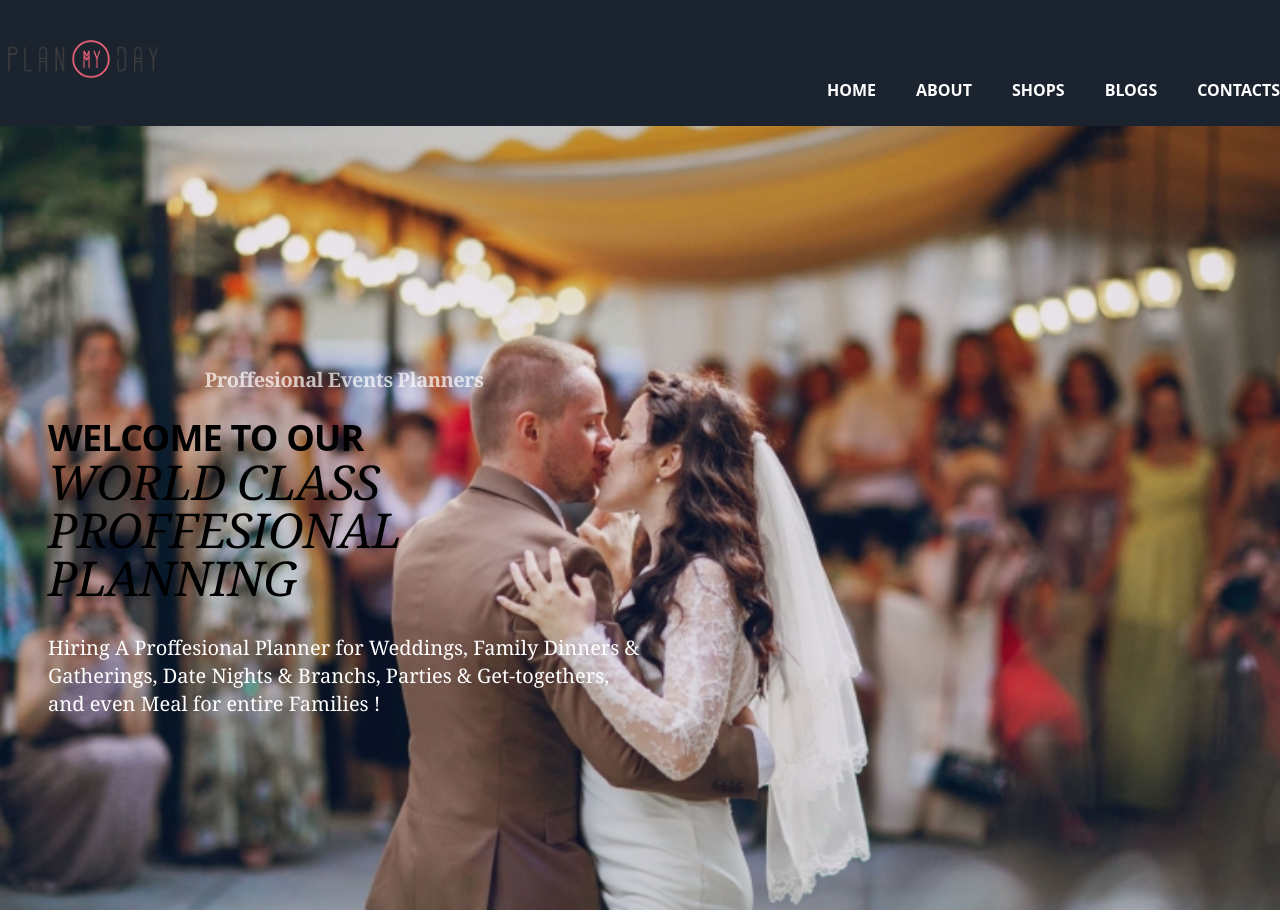
Repository: remydev47/eventsplanner
Page: /
An editor plug-in stored every save of this project. The page is shown before and after the next save, followed by the edit.
The browser window is 1280 px wide. The pictures show the whole page.
Pictures or frames that could not be fetched are drawn as grey boxes. The project was rebuilt for these pictures with package versions that can differ from the ones it lists, and the page was loaded fresh each time. The framework's server and built-in components were replaced by stand-ins that run in the browser. Also part of the build but not shown: next.config.js, components/Navbar.jsx, sections/Gallery.jsx, sections/Testimonial.jsx, sections/Plan.jsx, sections/Products.jsx, sections/Projects.jsx.

Above is the page before, as saved 2023-01-21 09:23:16.

After the next save:
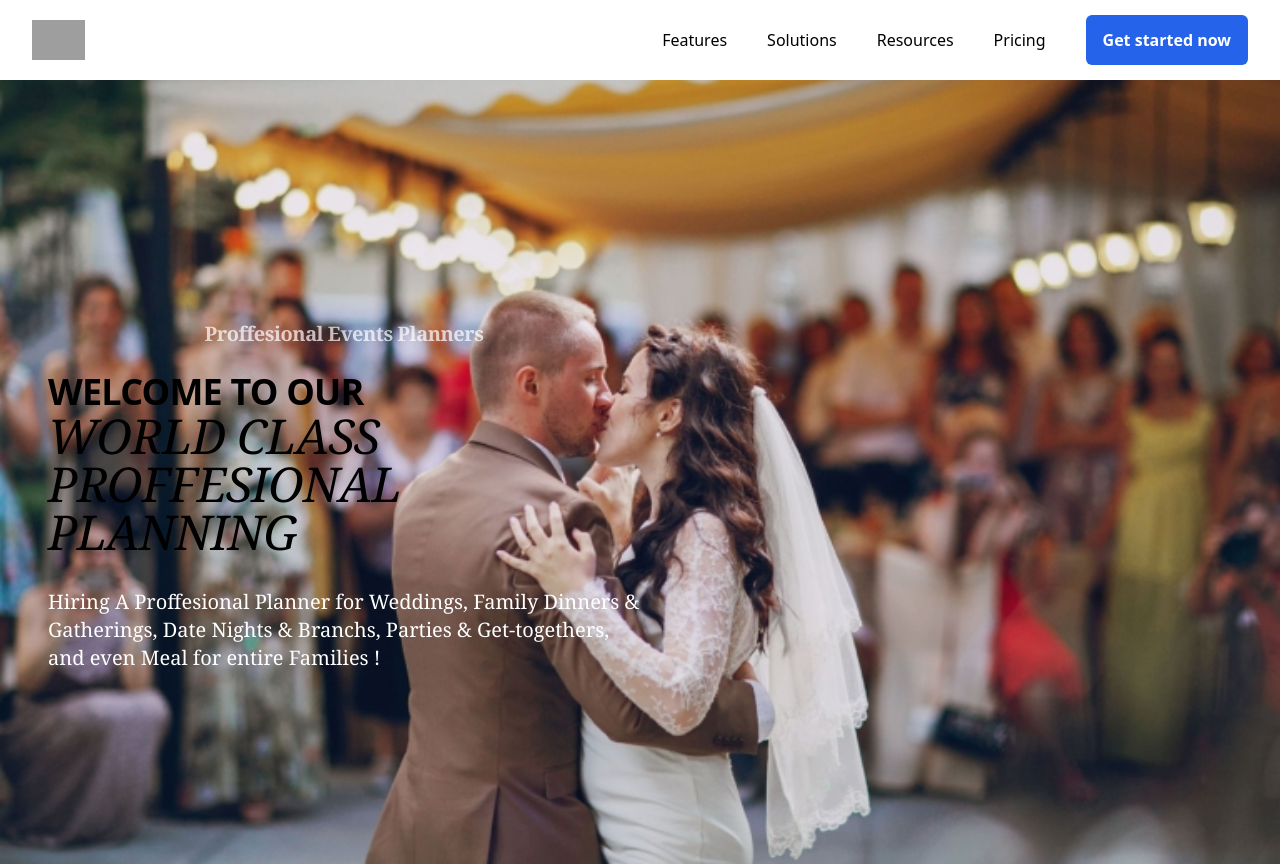
Saved 25 s later.
--- a/app/page.jsx
+++ b/app/page.jsx
@@ -1,5 +1,6 @@
 import Header from '@/components/Header'
 import Navbar from '@/components/Navbar'
+import Navigation from '@/components/Navigation'
 import { Hero } from '@/sections'
 import Image from 'next/image'
 
@@ -7,8 +8,8 @@
 export default function Home() {
   return (
    <div className='bg-primary-black'>
-     {/* <Navbar /> */}
-     <Header />
+     <Navigation />
+     {/* <Header /> */}
      <Hero />
    </div>
   )
